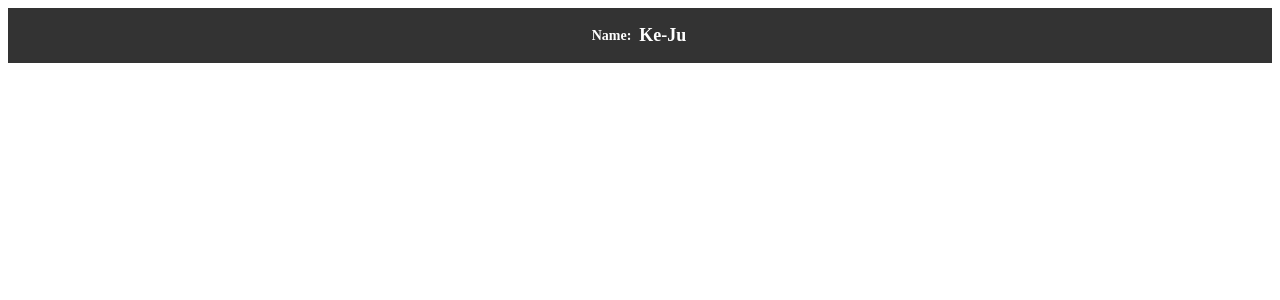
Repository: kerudai/mdiat3126nextapp
Page: /
An editor plug-in stored every save of this project. The page is shown before and after the next save, followed by the edit.
The browser window is 1280 px wide. The pictures show the whole page.
The project was rebuilt for these pictures with package versions that can differ from the ones it lists, and the page was loaded fresh each time. The framework's server and built-in components were replaced by stand-ins that run in the browser.

Above is the page before, as saved 2020-09-29 16:05:49.

After the next save:
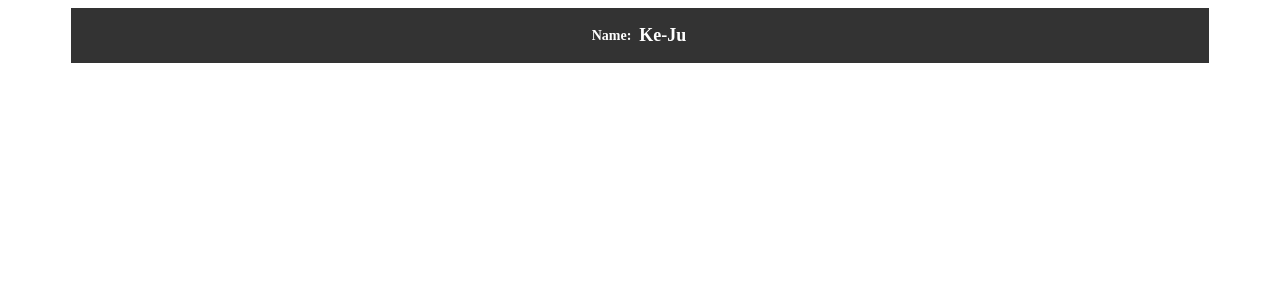
Saved 2 min 1 s later.
--- a/pages/index.js
+++ b/pages/index.js
@@ -2,8 +2,11 @@ import Header from '../comps/Header';
 
 export default function Home() {
   return (
-    <div>
-      <Header className="main"/>
+    <div className="main">
+      <div>
+        <Header />
+      </div>
+
     </div>
   )
 }
